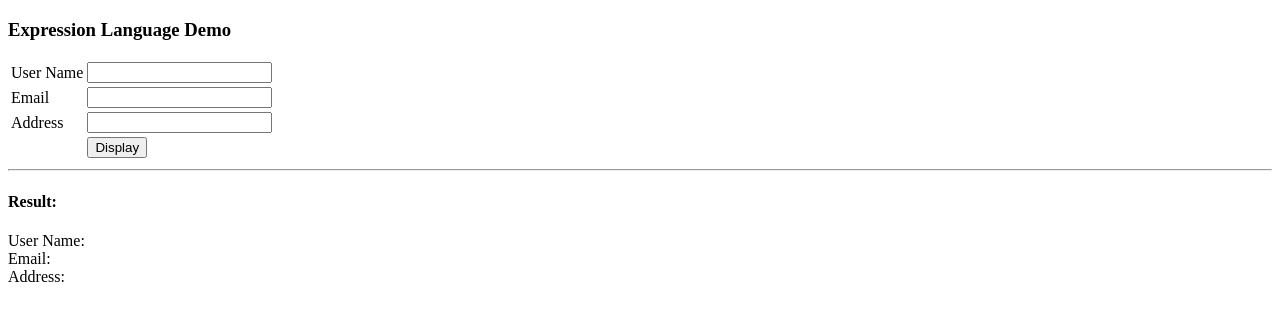
Repository: HsuMon123/Testing-Java-EE
Page: http://localhost/05-EL/
These files come from the project's save history. The page is drawn as it stood at one moment and after the next save; the edit follows.
The browser window is 1280 px wide. The pictures show the whole page.
The page is served by Tomcat 9.

Above is the page before, as saved 2020-12-21 01:18:05.

### 05-EL/src/main/webapp/index.jsp
<%@ page language="java" contentType="text/html; charset=ISO-8859-1"
    pageEncoding="ISO-8859-1"%>
<%@ taglib uri="http://java.sun.com/jsp/jstl/core" prefix="c" %>

<!DOCTYPE html>
<html>
<head>
<meta charset="ISO-8859-1">
<title>Expression Language</title>
</head>
<body>
	<h3>Expression Language Demo</h3>

	<form>
		<table>
			<tr>
				<td>User Name</td>
				<td>
					<input type="text" name="uname" value="${param.uname}"/>
				</td>
			</tr>
			<tr>
				<td>Email</td>
				<td>
					<input name="uemail" type="email" value="${param.uemail}"/>
				</td>
			</tr>
			<tr>
				<td>Address</td>
				<td>
					<input type="text" name="address" value="${param.address}"/>
				</td>
			</tr>
			<tr>
				<td></td>
				<td>
					<button type="submit">Display</button>
				</td>
			</tr>
		</table>
	</form>
	<hr />
	<h4>Result:</h4>
	User Name:${param.uname} <br />
	Email: ${param.uemail} <br />
	Address: ${param.address} <br />

</body>
</html>

After the next save:
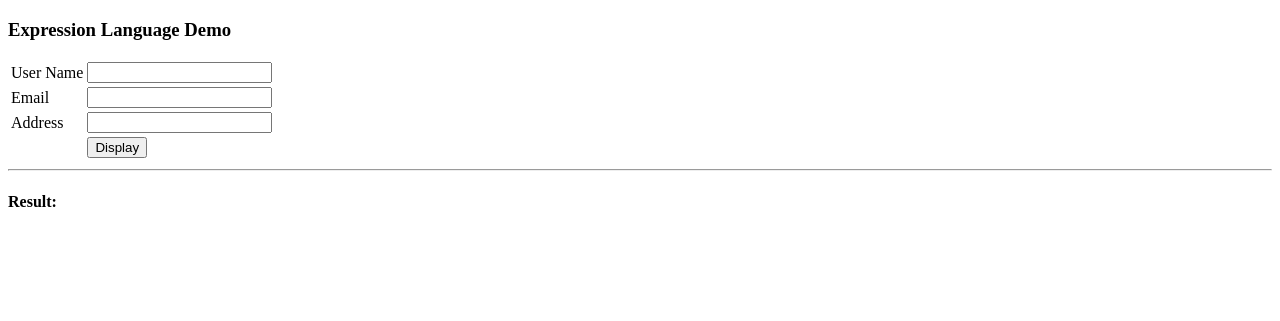
Saved 7 min 6 s later.
--- a/05-EL/src/main/webapp/index.jsp
+++ b/05-EL/src/main/webapp/index.jsp
@@ -41,9 +41,8 @@
 	</form>
 	<hr />
 	<h4>Result:</h4>
-	User Name:${param.uname} <br />
-	Email: ${param.uemail} <br />
-	Address: ${param.address} <br />
+
+	<c:if test="${(not empty param.uname) and (param.email !=null) and (param.address ne null) }"></c:if>
 
 </body>
 </html>

After the 3 saves that followed:
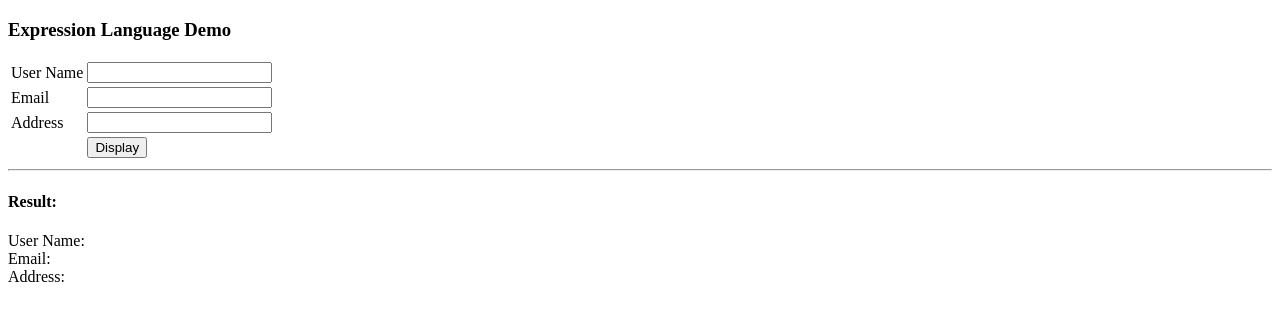
The 3 saves are shown as one change because 2 left the picture as it was.
The last was saved 7 min 30 s later.
--- a/05-EL/src/main/webapp/index.jsp
+++ b/05-EL/src/main/webapp/index.jsp
@@ -42,7 +42,11 @@
 	<hr />
 	<h4>Result:</h4>
 
-	<c:if test="${(not empty param.uname) and (param.email !=null) and (param.address ne null) }"></c:if>
+
+		User Name:${param.uname} <br />
+		Email: ${param.uemail} <br />
+		Address: ${param.address}
+
 
 </body>
 </html>
